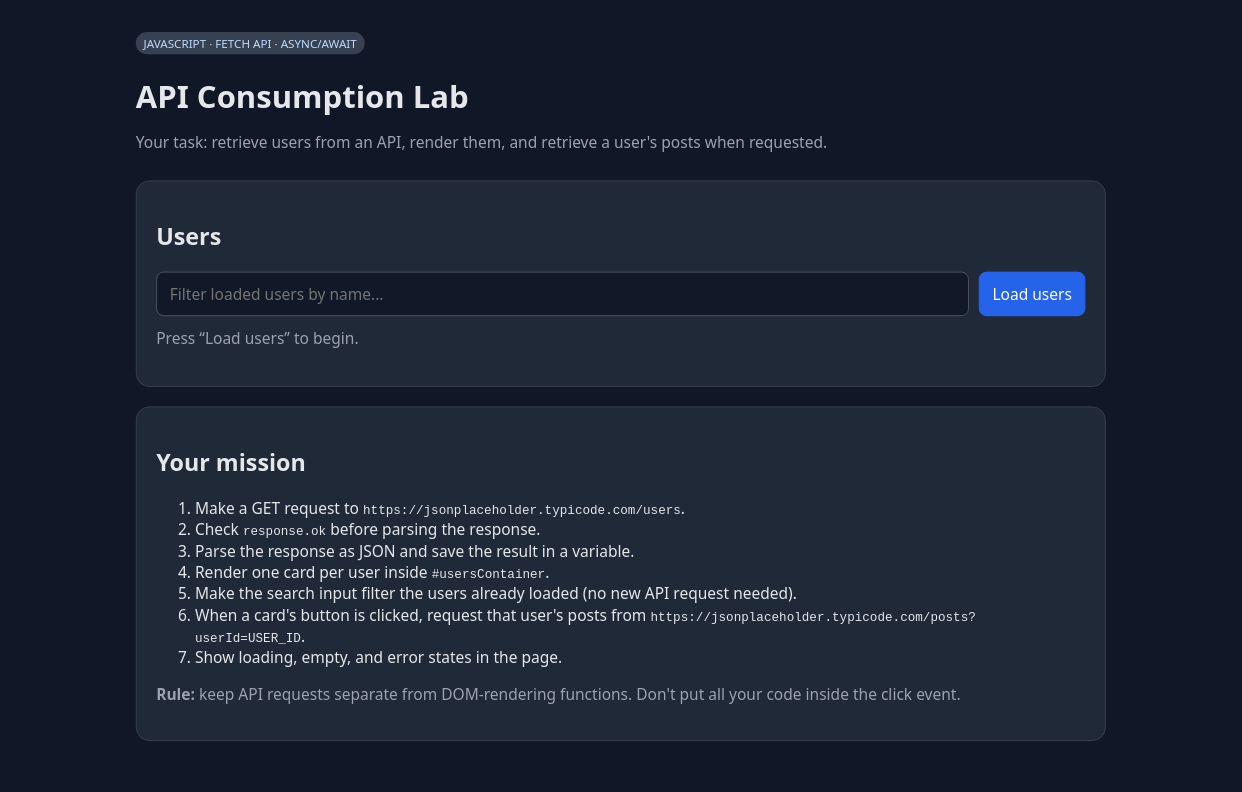
Repository: nico-madruga/users-API
Page: api_consumption_lab.html
The author's editor kept a copy of each file at every save. The page is drawn from the files as they stood at one save, then again after the next save.
The browser window is 1280 px wide. The pictures show the whole page, at 97% of full size.

Above is the page before, as saved 2026-11-24 16:48:40.

After the next save:
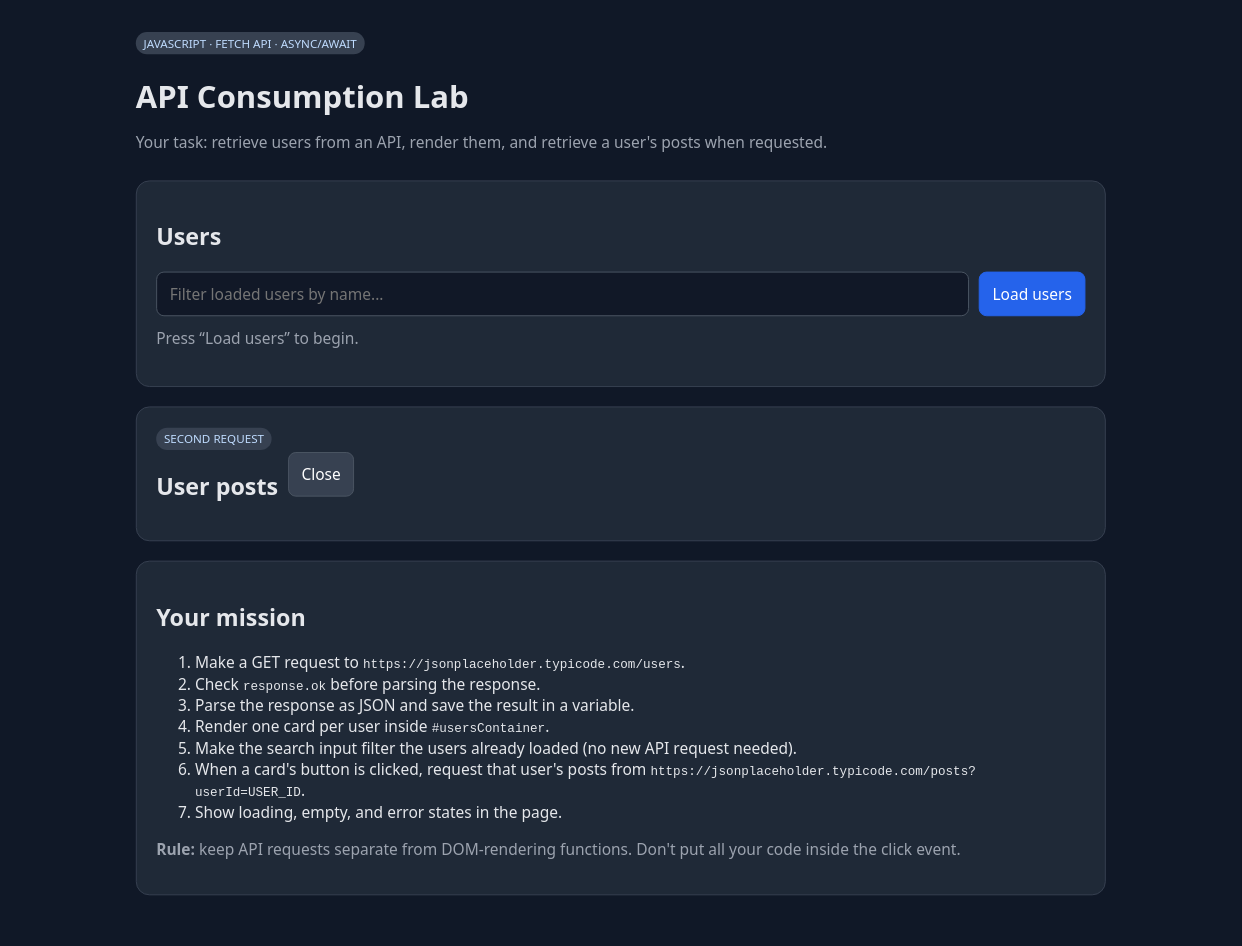
Saved 44 s later.
--- a/api_consumption_lab.html
+++ b/api_consumption_lab.html
@@ -60,7 +60,7 @@
     .user-card h3 { margin: 0 0 8px; }
     .user-card p { margin: 5px 0; color: #9ca3af; overflow-wrap: anywhere; }
     .user-card button { margin-top: 12px; width: 100%; }
-    #details { display: none; }
+    #details { display: flex; }
     #postList { padding-left: 20px; }
     #postList li { margin: 12px 0; }
     .tag {

After the save that followed:
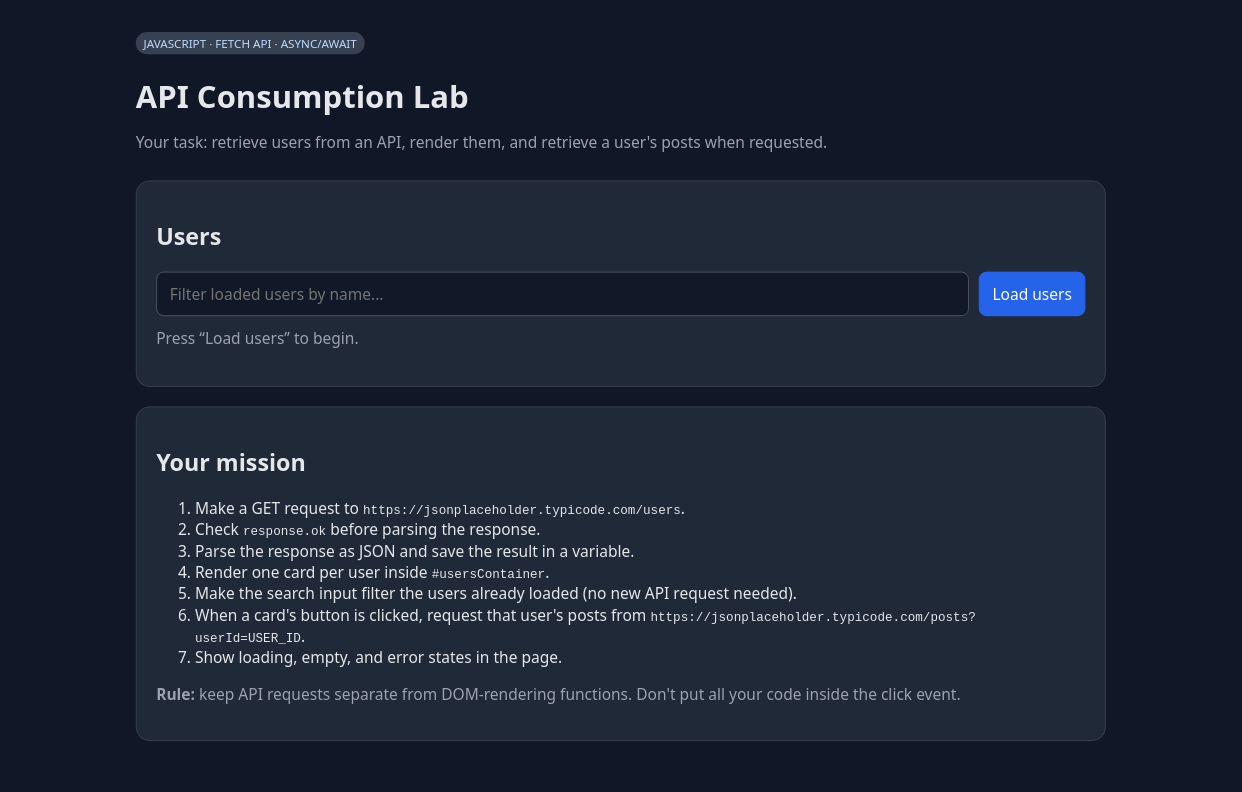
Saved 8 s later.
--- a/api_consumption_lab.html
+++ b/api_consumption_lab.html
@@ -60,7 +60,7 @@
     .user-card h3 { margin: 0 0 8px; }
     .user-card p { margin: 5px 0; color: #9ca3af; overflow-wrap: anywhere; }
     .user-card button { margin-top: 12px; width: 100%; }
-    #details { display: flex; }
+    #details { display: none; }
     #postList { padding-left: 20px; }
     #postList li { margin: 12px 0; }
     .tag {
